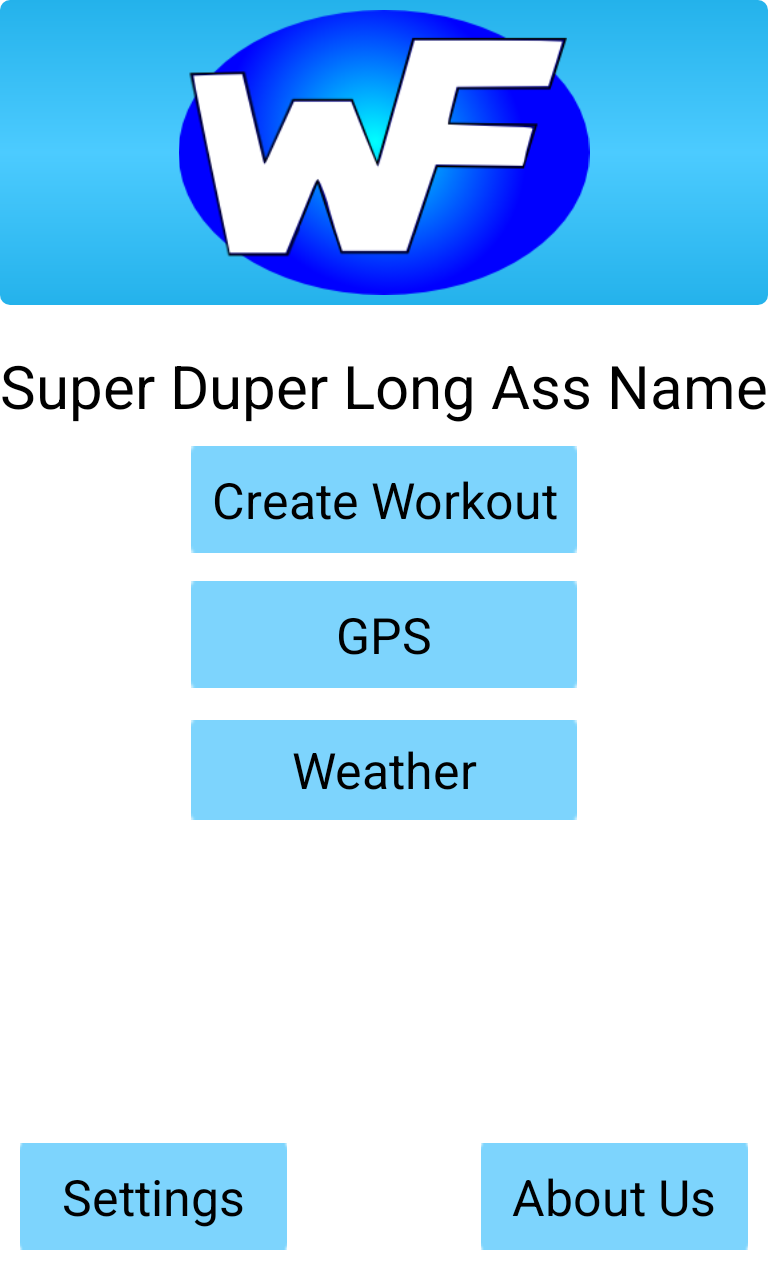
Repository: jwisch91/CS390-Project
Layout: workspace/testing/res/layout/main_menu.xml
An editor plug-in stored every save of this project. The layout is shown before and after the next save, followed by the edit.
It is drawn on a 768 x 1280 px phone screen (xhdpi) without system bars, with theme android:Theme.Light; the app's code is not run.

Above is the layout before, as saved 2013-04-18 21:22:26.

After the next save:
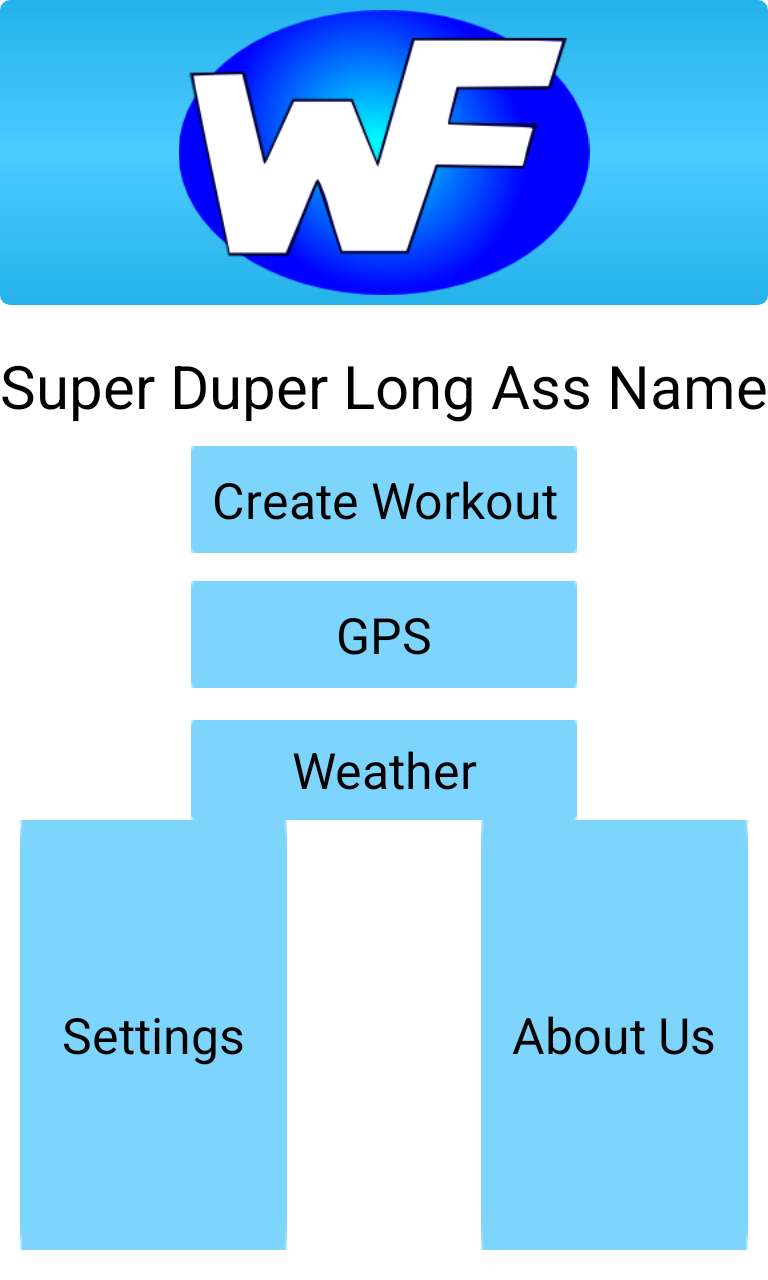
Saved 2 min 14 s later.
--- a/workspace/testing/res/layout/main_menu.xml
+++ b/workspace/testing/res/layout/main_menu.xml
@@ -39,7 +39,6 @@
         android:layout_height="wrap_content"
         android:layout_below="@+id/header"
         android:layout_centerHorizontal="true"
-        android:layout_gravity="center_horizontal"
         android:layout_marginBottom="10dp"
         android:layout_marginTop="20dp"
         android:text="Super Duper Long Ass Name"
@@ -61,6 +60,7 @@
         android:id="@+id/Settings"
         android:layout_width="wrap_content"
         android:layout_height="wrap_content"
+        android:layout_below="@+id/Weather"
         android:layout_alignParentBottom="true"
         android:layout_alignParentLeft="true"
         android:layout_marginBottom="15dp"
@@ -73,6 +73,7 @@
     <Button
         android:id="@+id/About_Us"
         android:layout_width="wrap_content"
+        android:layout_below="@+id/Weather"
         android:layout_height="wrap_content"
         android:layout_alignParentBottom="true"
         android:layout_alignParentRight="true"
